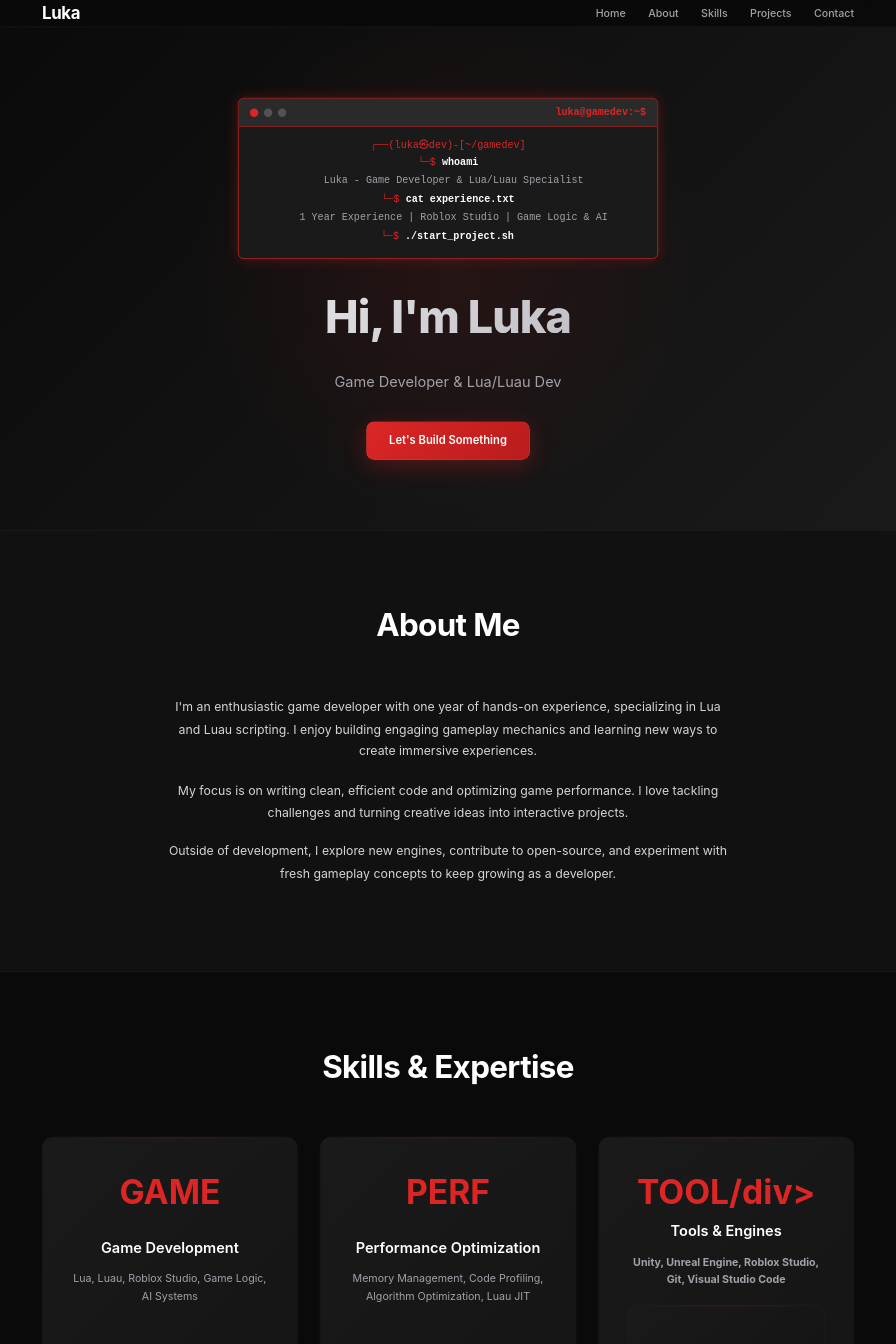
Repository: lukaxdq/lukaxdq.github.io
Page: index.html
An editor plug-in stored every save of this project. The page is shown before and after the next save, followed by the edit.
The browser window is 1280 px wide. The pictures show the part of the page from y = 0 to 1920 px (the page is 4321 px tall before and 4024 px after), at 70% of full size.

Above is the page before, as saved 2025-08-14 21:02:15.

After the next save:
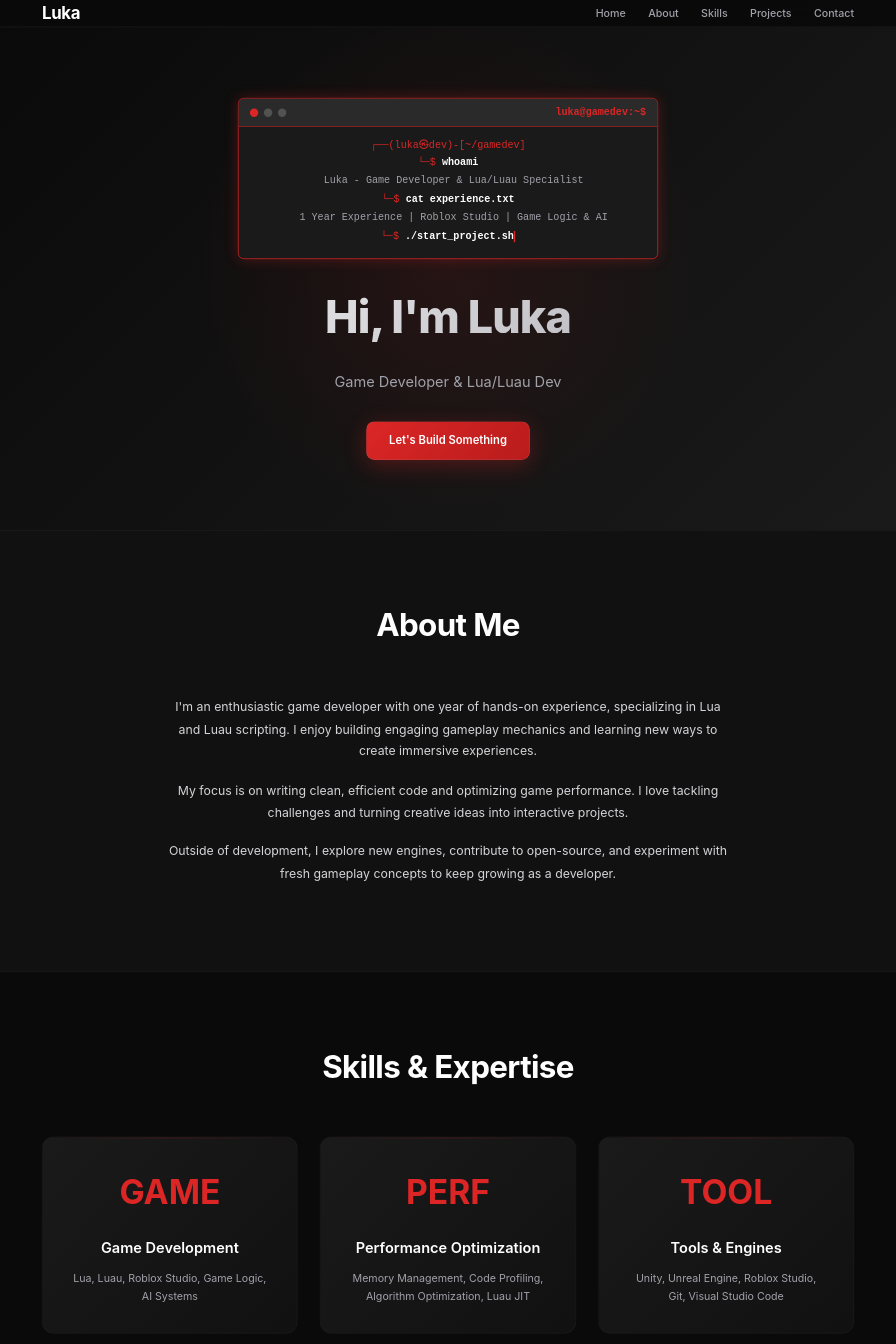
Saved 32 s later.
--- a/index.html
+++ b/index.html
@@ -744,22 +744,22 @@
                     <p>Memory Management, Code Profiling, Algorithm Optimization, Luau JIT</p>
                 </div>
                 <div class="skill-card">
-                    <div class="skill-icon">TOOL/div>
-                        <h3>Tools & Engines</h3>
-                        <p>Unity, Unreal Engine, Roblox Studio, Git, Visual Studio Code</p>
-                    </div>
-                    <div class="skill-card">
-                        <div class="skill-icon">CODE</div>
-                        <h3>Additional Skills</h3>
-                        <p>JavaScript, Python, JSON/XML, REST APIs, Database Integration</p>
-                    </div>
-                    <div class="skill-card">
-                        <div class="skill-icon">VIEVMODELS</div>
-                        <h3>Additional Skills</h3>
-                        <p>JavaScript, Python, JSON/XML, REST APIs, Database Integration</p>
-                    </div>
+                    <div class="skill-icon">TOOL</div>
+                    <h3>Tools & Engines</h3>
+                    <p>Unity, Unreal Engine, Roblox Studio, Git, Visual Studio Code</p>
+                </div>
+                <div class="skill-card">
+                    <div class="skill-icon">CODE</div>
+                    <h3>Additional Skills</h3>
+                    <p>JavaScript, Python, JSON/XML, REST APIs, Database Integration</p>
+                </div>
+                <div class="skill-card">
+                    <div class="skill-icon">VIEVMODELS</div>
+                    <h3>Additional Skills</h3>
+                    <p>JavaScript, Python, JSON/XML, REST APIs, Database Integration</p>
                 </div>
             </div>
+        </div>
     </section>
 
     <!-- Projects Section -->
